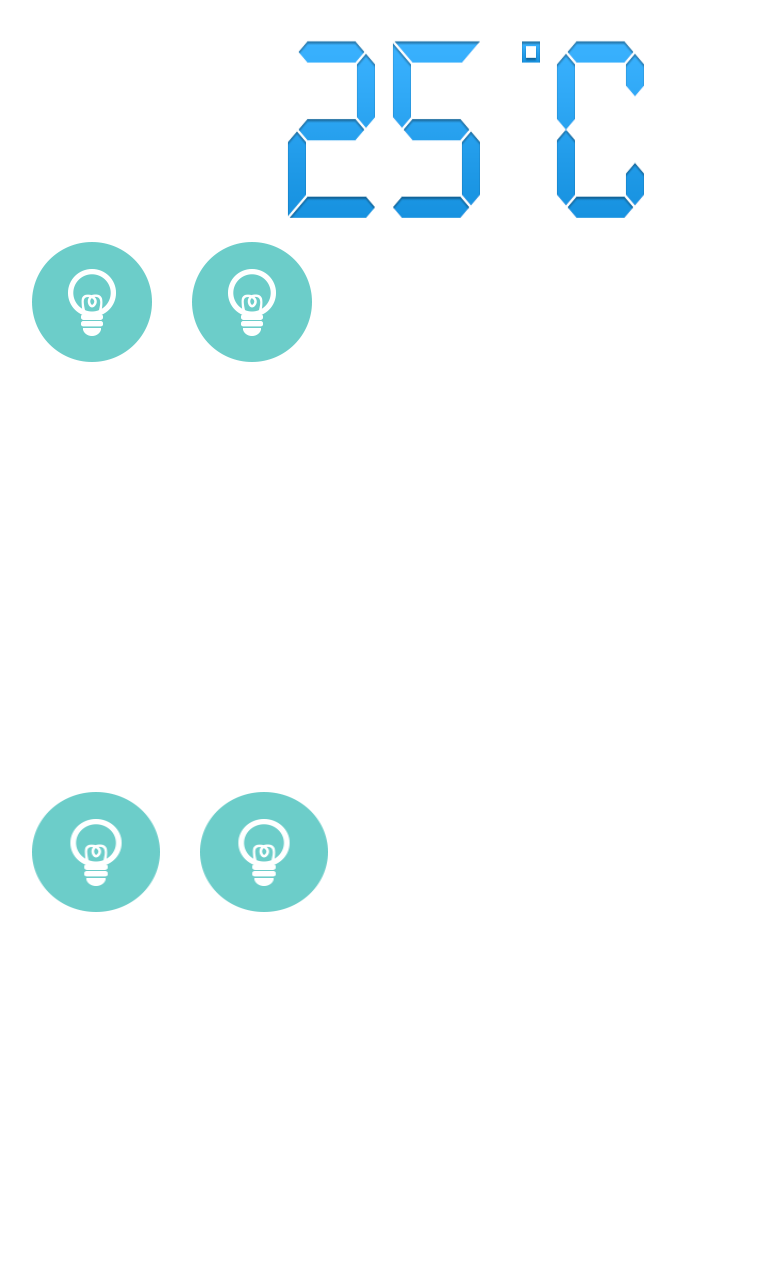
Repository: MyungSinKim/mqtt-demo
Layout: cloud2-demo/res/layout/main.xml
An editor plug-in stored every save of this project. The layout is shown before and after the next save, followed by the edit.
It is drawn on a 768 x 1280 px phone screen (xhdpi) without system bars, with theme AppTheme; the app's code is not run.

Above is the layout before, as saved 2015-11-02 05:11:52.

### cloud2-demo/res/layout/main.xml
<RelativeLayout xmlns:android="http://schemas.android.com/apk/res/android"
    android:layout_width="match_parent"
    android:layout_height="match_parent"
    android:layout_gravity="center_horizontal"
    android:paddingBottom="@dimen/activity_vertical_margin"
    android:paddingLeft="@dimen/activity_horizontal_margin"
    android:paddingRight="@dimen/activity_horizontal_margin"
    android:paddingTop="@dimen/activity_vertical_margin" >

    <RelativeLayout
        android:id="@+id/rl1"
        android:layout_width="match_parent"
        android:layout_height="100dp" >

        <ImageView
            android:id="@+id/temperture_iv"
            android:layout_width="wrap_content"
            android:layout_height="100dp"
            android:layout_centerHorizontal="true"
            android:background="@drawable/num_25" />

        <ImageView
            android:id="@+id/temperture_unit_iv"
            android:layout_width="wrap_content"
            android:layout_height="100dp"
            android:layout_marginLeft="10dp"
            android:layout_toRightOf="@id/temperture_iv"
            android:background="@drawable/air_du" />
    </RelativeLayout>

    <RelativeLayout
        android:id="@+id/rl2"
        android:layout_width="match_parent"
        android:layout_height="200dp"
        android:layout_below="@+id/rl1" >

        <ImageView
            android:id="@+id/light_1_iv"
            android:layout_width="wrap_content"
            android:layout_height="wrap_content"
            android:layout_marginTop="5dp"
            android:background="@drawable/light_off"
            android:tag="off" />

        <ImageView
            android:id="@+id/light_2_iv"
            android:layout_width="wrap_content"
            android:layout_height="wrap_content"
            android:layout_alignTop="@+id/light_1_iv"
            android:layout_marginLeft="20dp"
            android:layout_toRightOf="@id/light_1_iv"
            android:background="@drawable/light_off"
            android:tag="off" />
    </RelativeLayout>

    <Button
        android:id="@+id/imageButton1"
        android:layout_width="wrap_content"
        android:layout_height="wrap_content"
        android:layout_below="@+id/rl2"
        android:layout_marginTop="80dp"
        android:background="@drawable/light_off"
        android:tag="off" />

    <Button
        android:id="@+id/imageButton2"
        android:layout_width="wrap_content"
        android:layout_height="wrap_content"
        android:layout_alignTop="@+id/imageButton1"
        android:layout_below="@+id/rl2"
        android:layout_marginLeft="20dp"
        android:layout_toRightOf="@id/imageButton1"
        android:background="@drawable/light_off"
        android:tag="off" />

</RelativeLayout>

Loaded but not shown: cloud2-demo/res/values/styles.xml (common file); cloud2-demo/res/values-v11/styles.xml (common file); cloud2-demo/res/values-v14/styles.xml (common file); cloud2-demo/res/values/dimens.xml (common file)

After the next save:
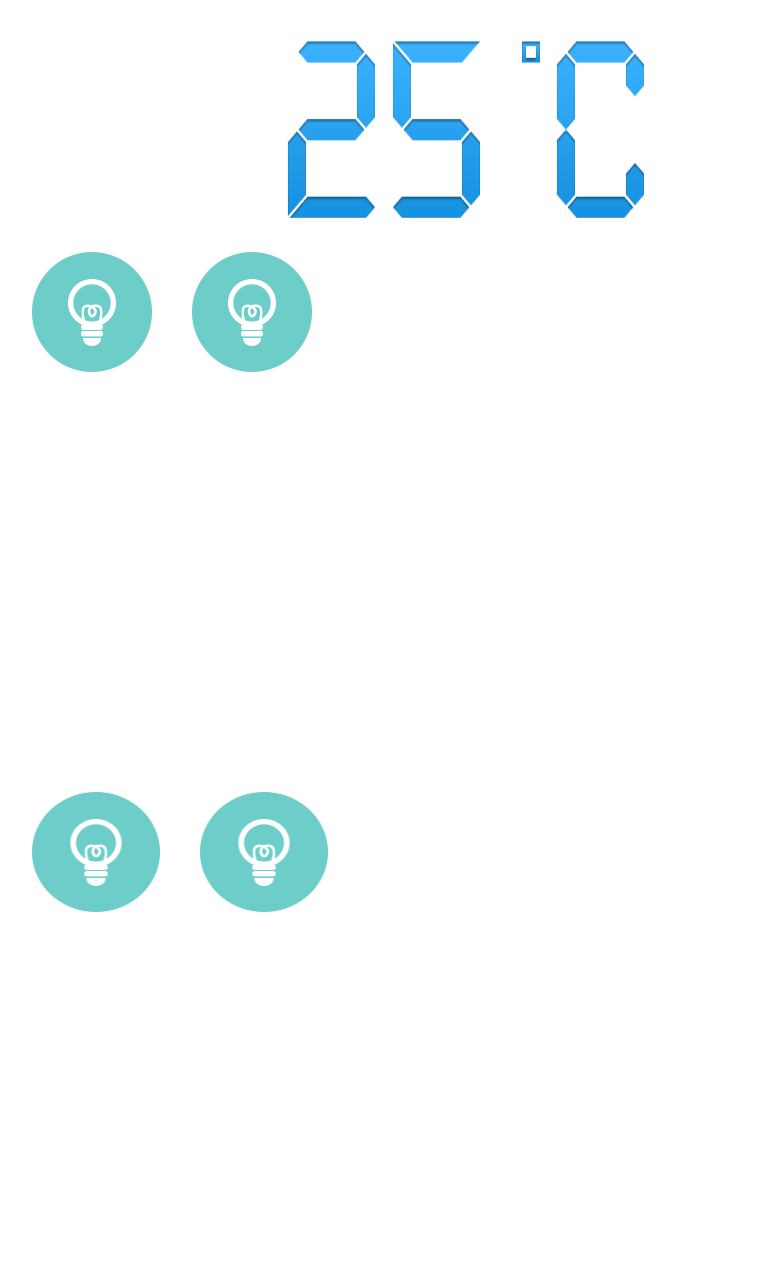
Saved 8 s later.
--- a/cloud2-demo/res/layout/main.xml
+++ b/cloud2-demo/res/layout/main.xml
@@ -38,7 +38,7 @@
             android:id="@+id/light_1_iv"
             android:layout_width="wrap_content"
             android:layout_height="wrap_content"
-            android:layout_marginTop="5dp"
+            android:layout_marginTop="10dp"
             android:background="@drawable/light_off"
             android:tag="off" />
 
